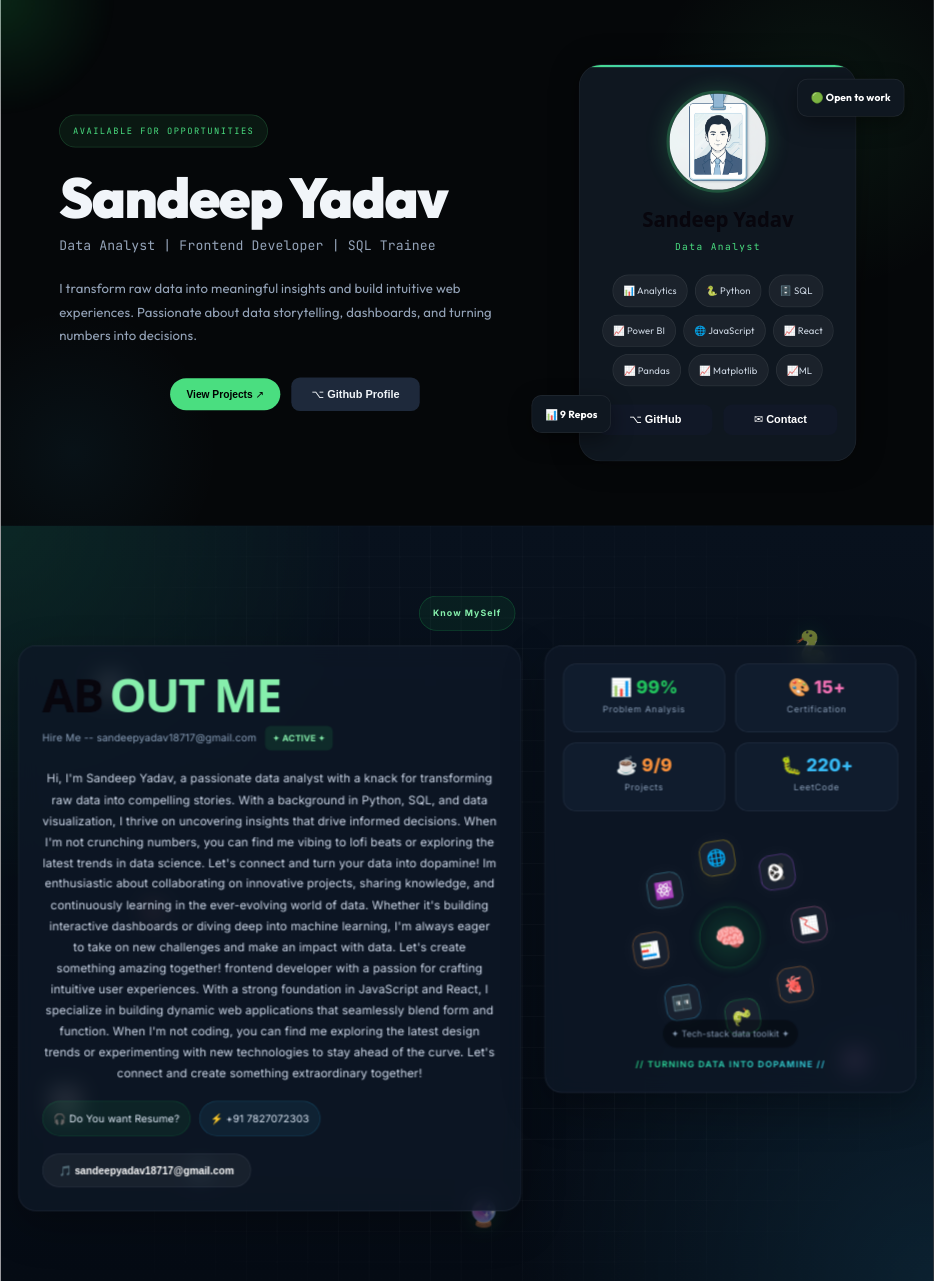
Repository: SandeepYadav18717/sandeepyadav
Page: / (app in Datanaltics_ portfolio/)
An editor plug-in stored every save of this project. The page is shown before and after the next save, followed by the edit.
The browser window is 1280 px wide. The pictures show the whole page, at 73% of full size.
The project was rebuilt for these pictures with package versions that can differ from the ones it lists, and the page was loaded fresh each time. Also part of the build but not shown: Datanaltics_ portfolio/vite.config.js, Datanaltics_ portfolio/src/App.css.

Above is the page before, as saved 2026-05-23 09:25:43.

After the next save:
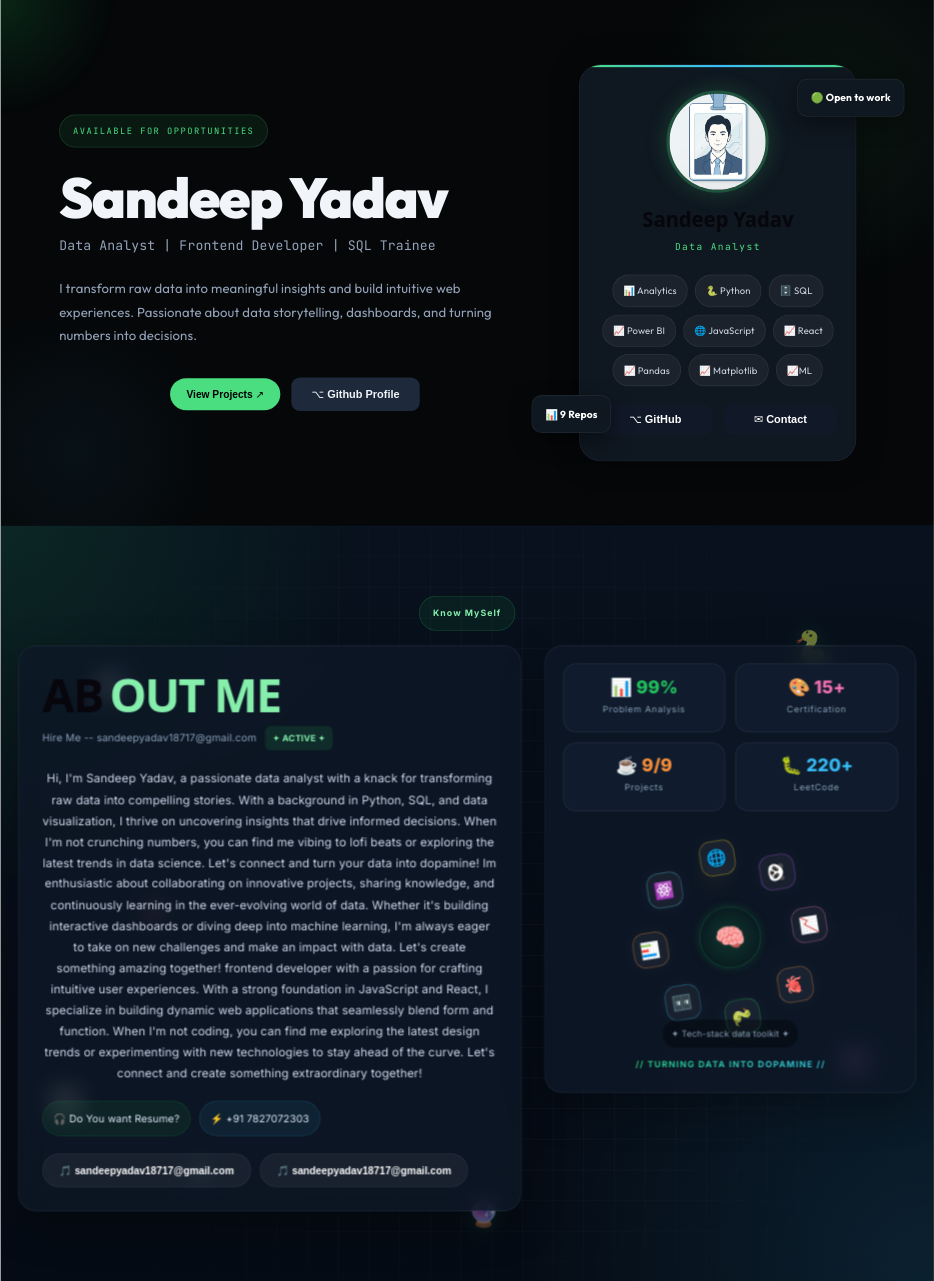
Saved 53 s later.
--- a/Datanaltics_ portfolio/src/pages/About.jsx
+++ b/Datanaltics_ portfolio/src/pages/About.jsx
@@ -119,6 +119,7 @@ const About = () => {
             </div>
 
             <div className="about-actions">
+                           <button className="btn btn-secondary">🎵 sandeepyadav18717@gmail.com</button>
 
               <button className="btn btn-secondary">🎵 sandeepyadav18717@gmail.com</button>
             </div>
